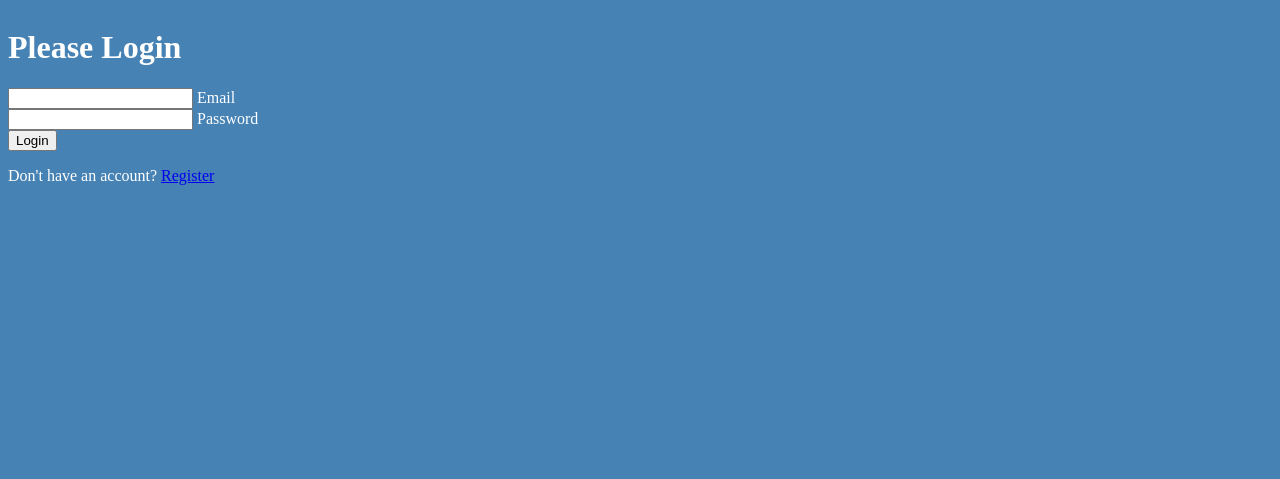
Repository: MMXiaohang/50projects50days-copy
Page: 8-form-input-wave/1-index.html
These files come from the project's save history. The page is drawn as it stood at one moment and after the next save; the edit follows.
The browser window is 1280 px wide. The pictures show the whole page.
Some web fonts or font styles are not loaded; a fallback is used.

Above is the page before, as saved 2022-07-05 23:56:43.

### 8-form-input-wave/1-index.html
<!DOCTYPE html>
<html lang="en">
  <head>
    <meta charset="UTF-8" />
    <meta name="viewport" content="width=device-width, initial-scale=1.0" />
    <link rel="stylesheet" href="1-style.css" />
    <title>Form Input Wave</title>
  </head>
  <body>
    <div class="container">
      <h1>Please Login</h1>
      <form>
        <div class="form-control">
          <input type="text" required>
          <label>Email</label>
        </div>
        <div class="form-control">
          <input type="password" required>
          <label>Password</label>
        </div>
        <button class="btn">Login</button>
        <p class="text">Don't have an account? <a href="#">Register</a> </p>
      </form>
    </div>
    <script src="1-script.js"></script>
  </body>
</html>

### 8-form-input-wave/1-style.css
@import url('https://fonts.googleapis.com/css?family=Muli&display=swap');

* {
  box-sizing: border-box;
}

body{
    background-color: steelblue;
    color:#fff;
    display: flex;
    flex-direction: column;
}

Loaded but not shown: 8-form-input-wave/1-script.js (no stored copy; drawn as an empty file)

After the next save:
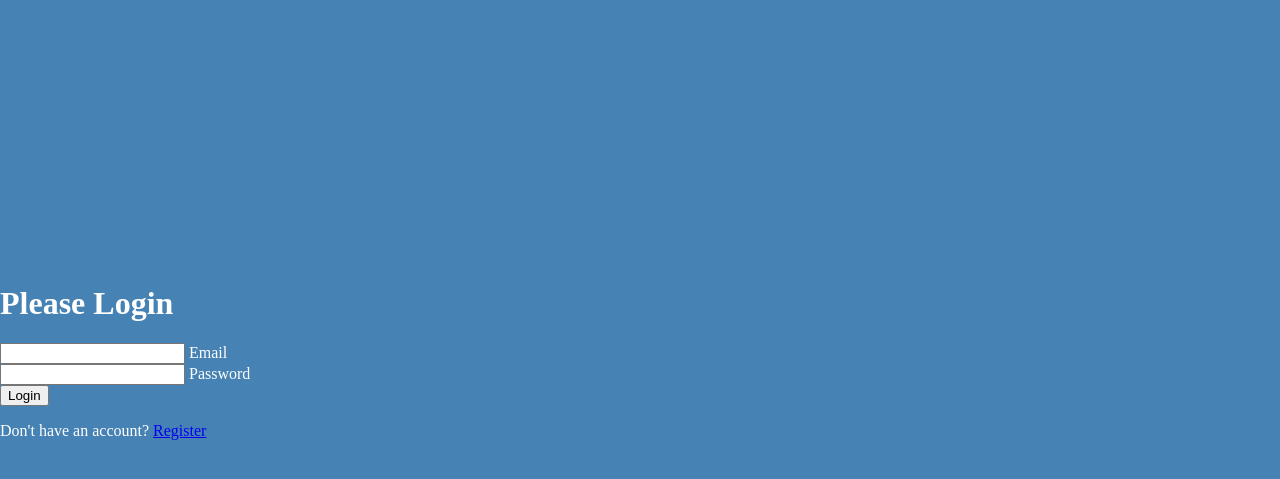
Saved 29 s later.
--- a/8-form-input-wave/1-style.css
+++ b/8-form-input-wave/1-style.css
@@ -9,4 +9,8 @@
     color:#fff;
     display: flex;
     flex-direction: column;
+    justify-content: center;
+    height: 100vh;
+    overflow: hidden;
+    margin: 0;
 }
